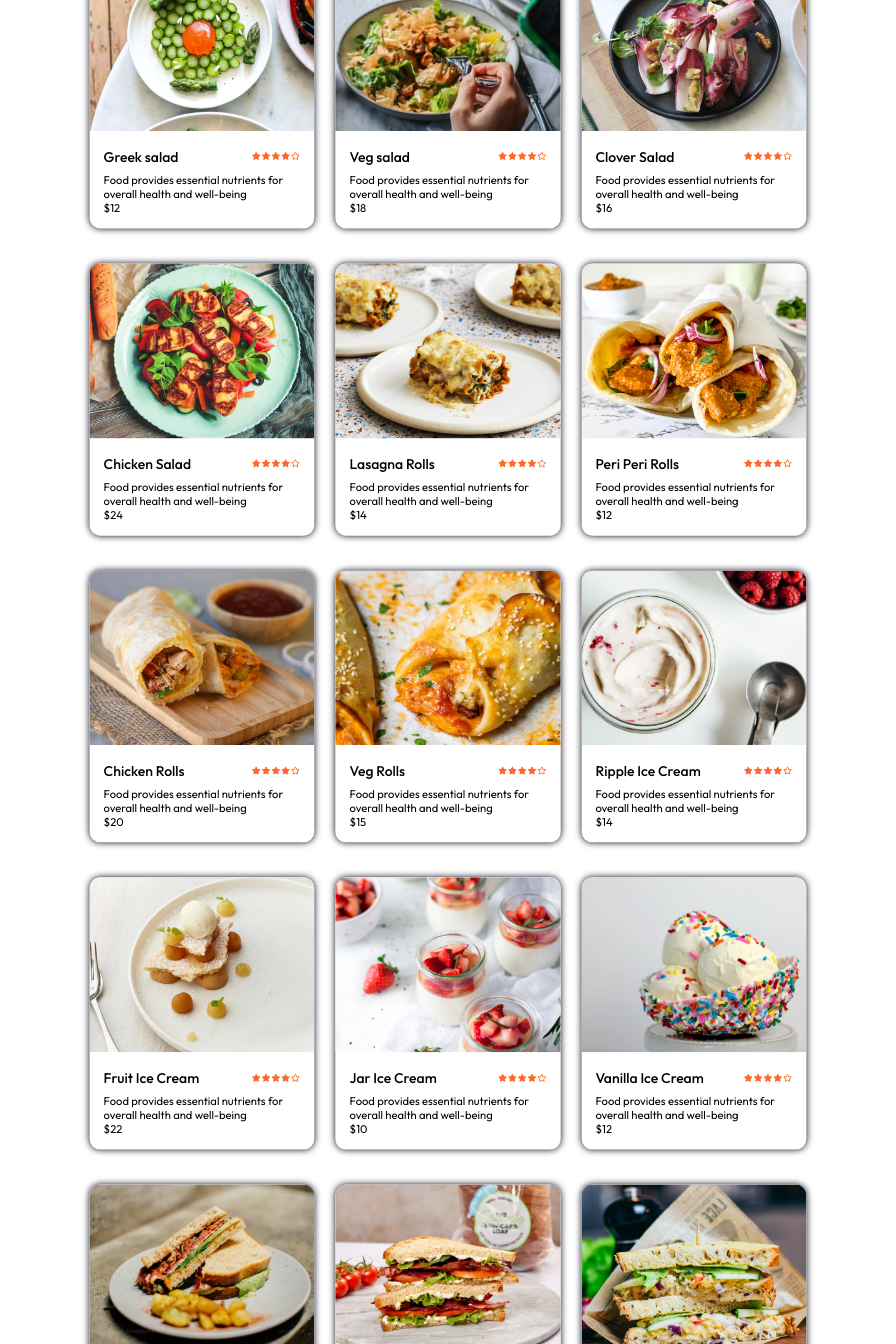
Repository: guilhermecardoso93/tomato-front-end
Page: /
The author's editor kept a copy of each file at every save. The page is drawn from the files as they stood at one save, then again after the next save.
The browser window is 1280 px wide. The pictures show the part of the page from y = 1055 to 2975 px (the page is 5771 px tall before and 5661 px after), at 70% of full size.
The project was rebuilt for these pictures with package versions that can differ from the ones it lists, and the page was loaded fresh each time. Also part of the build but not shown: vite.config.js, src/pages/Cart/styles.css, src/pages/Cart/index.jsx, src/pages/PlaceOrder/styles.css, src/pages/PlaceOrder/index.jsx.

Above is the page before, as saved 2024-10-30 19:37:10.

### index.html
<!doctype html>
<html lang="en">

<head>
    <meta charset="UTF-8" />
    <link rel="icon" type="image/svg+xml" href="" />
    <link rel="preconnect" href="https://fonts.googleapis.com">
    <link rel="preconnect" href="https://fonts.gstatic.com" crossorigin>
    <link href="https://fonts.googleapis.com/css2?family=Inter:ital,opsz,wght@0,14..32,100..900;1,14..32,100..900&family=Outfit:wght@100..900&display=swap" rel="stylesheet">
    <meta name="viewport" content="width=device-width, initial-scale=1.0" />
    <title>Tomato</title>
</head>

<body>
    <div id="root"></div>
    <script type="module" src="/src/main.jsx"></script>
</body>

</html>

### src/main.jsx
import { StrictMode } from "react";
import { createRoot } from "react-dom/client";
import "./index.css";
import { App } from "./App.jsx";
import { BrowserRouter } from "react-router-dom";
import StoreContextProvider from "./context/StoreContext.jsx";

createRoot(document.getElementById("root")).render(
  <BrowserRouter>
    <StoreContextProvider>
      <App />
    </StoreContextProvider>
  </BrowserRouter>
);

### src/index.css
* {
  padding: 0;
  margin: 0;
  box-sizing: border-box;
}

body {
  min-height: 100vh;
  font-family: "Outfit", sans-serif;
}

a {
  text-decoration: none;
  color: inherit;
}

.app {
  width: 80%;
  margin: auto;
}

@keyframes fadeIn {
  0% {
    opacity: 0;
  }

  100% {
    opacity: 1;
  }
}

### src/App.jsx
import { Routes, Route } from "react-router-dom";
import { Navbar } from "./components/Navbar";

import { Home } from "./pages/Home";
import { Cart } from "./pages/Cart";
import { PlaceOrder } from "./pages/PlaceOrder";

export function App() {
  return (
    <div className="app">
      <Navbar />
      <Routes>
        <Route path="/" element={<Home />} />
        <Route path="/cart" element={<Cart />} />
        <Route path="/order" element={<PlaceOrder />} />
      </Routes>
    </div>
  );
}

### src/context/StoreContext.jsx
import { createContext } from "react";
import { food_list } from "../assets/assets";

export const StoreContext = createContext(null);

const StoreContextProvider = (props) => {
  const contextValue = {
    food_list,
  };

  return (
    <StoreContext.Provider value={contextValue}>
      {props.children}
    </StoreContext.Provider>
  );
};

export default StoreContextProvider;

### src/components/Navbar/index.jsx
import { useState } from "react";
import { assets } from "../../assets/assets";
import "./styles.css";

export const Navbar = () => {
  const [menu, setMenu] = useState("Home");

  return (
    <div className="navbar">
      <img src={assets.logo} alt="Logo" className="logo" />
      <ul className="navbar-menu">
        <li
          onClick={() => setMenu("Home")}
          className={menu === "Home" ? "active" : ""}
        >
          Home
        </li>
        <li
          onClick={() => setMenu("Menu")}
          className={menu === "Menu" ? "active" : ""}
        >
          Menu
        </li>
        <li
          onClick={() => setMenu("MobileApp")}
          className={menu === "MobileApp" ? "active" : ""}
        >
          MobileApp
        </li>
        <li
          onClick={() => setMenu("Contact Us")}
          className={menu === "Contact Us" ? "active" : ""}
        >
          Contact Us
        </li>
      </ul>
      <div className="navbar-right">
        <img src={assets.search_icon} alt="" />
        <div className="navbar-search-icon">
          <img src={assets.basket_icon} alt="" />
          <div className="dot"></div>
        </div>
        <button>sign in</button>
      </div>
    </div>
  );
};

### src/pages/Home/index.jsx
import { useState } from "react";
import { ExplorerMenu } from "../../components/ExplorerMenu";
import { Header } from "../../components/Header";
import "./styles.css";
import { FoodDisplay } from "../../components/FoodDisplay/Index";

export const Home = () => {
  const [category, setCategory] = useState("All");

  return (
    <div>
      <Header />
      <ExplorerMenu category={category} setCategory={setCategory} />
      <FoodDisplay category={category} />
    </div>
  );
};

### src/assets/assets.js
import basket_icon from './icons/basket_icon.png'
import logo from './logo.png'
import header_img from './header_img.png'
import search_icon from './icons/search_icon.png'
import menu_1 from './menu/menu_1.png'
import menu_2 from './menu/menu_2.png'
import menu_3 from './menu/menu_3.png'
import menu_4 from './menu/menu_4.png'
import menu_5 from './menu/menu_5.png'
import menu_6 from './menu/menu_6.png'
import menu_7 from './menu/menu_7.png'
import menu_8 from './menu/menu_8.png'

import food_1 from './food/food_1.png'
import food_2 from './food/food_2.png'
import food_3 from './food/food_3.png'
import food_4 from './food/food_4.png'
import food_5 from './food/food_5.png'
import food_6 from './food/food_6.png'
import food_7 from './food/food_7.png'
import food_8 from './food/food_8.png'
import food_9 from './food/food_9.png'
import food_10 from './food/food_10.png'
import food_11 from './food/food_11.png'
import food_12 from './food/food_12.png'
import food_13 from './food/food_13.png'
import food_14 from './food/food_14.png'
import food_15 from './food/food_15.png'
import food_16 from './food/food_16.png'
import food_17 from './food/food_17.png'
import food_18 from './food/food_18.png'
import food_19 from './food/food_19.png'
import food_20 from './food/food_20.png'
import food_21 from './food/food_21.png'
import food_22 from './food/food_22.png'
import food_23 from './food/food_23.png'
import food_24 from './food/food_24.png'
import food_25 from './food/food_25.png'
import food_26 from './food/food_26.png'
import food_27 from './food/food_27.png'
import food_28 from './food/food_28.png'
import food_29 from './food/food_29.png'
import food_30 from './food/food_30.png'
import food_31 from './food/food_31.png'
import food_32 from './food/food_32.png'

import add_icon_white from './icons/add_icon_white.png'
import add_icon_green from './icons/add_icon_green.png'
import remove_icon_red from './icons/remove_icon_red.png'
import app_store from './icons/app_store.png'
import play_store from './icons/play_store.png'
import linkedin_icon from './icons/linkedin_icon.png'
import facebook_icon from './icons/facebook_icon.png'
import twitter_icon from './icons/twitter_icon.png'
import cross_icon from './icons/cross_icon.png'
import selector_icon from './icons/selector_icon.png'
import rating_starts from './icons/rating_starts.png'
import profile_icon from './icons/profile_icon.png'
import bag_icon from './icons/bag_icon.png'
import logout_icon from './icons/logout_icon.png'
import parcel_icon from './icons/parcel_icon.png'

export const assets = {
    logo,
    basket_icon,
    header_img,
    search_icon,
    rating_starts,
    add_icon_green,
    add_icon_white,
    remove_icon_red,
    app_store,
    play_store,
    linkedin_icon,
    facebook_icon,
    twitter_icon,
    cross_icon,
    selector_icon,
    profile_icon,
    logout_icon,
    bag_icon,
    parcel_icon
}

export const menu_list = [
    {
        menu_name: "Salad",
        menu_image: menu_1
    },
    {
        menu_name: "Rolls",
        menu_image: menu_2
    },
    {
        menu_name: "Deserts",
        menu_image: menu_3
    },
    {
        menu_name: "Sandwich",
        menu_image: menu_4
    },
    {
        menu_name: "Cake",
        menu_image: menu_5
    },
    {
        menu_name: "Pure Veg",
        menu_image: menu_6
    },
    {
        menu_name: "Pasta",
        menu_image: menu_7
    },
    {
        menu_name: "Noodles",
        menu_image: menu_8
    }]

export const food_list = [
    {
        _id: "1",
        name: "Greek salad",
        image: food_1,
        price: 12,
        description: "Food provides essential nutrients for overall health and well-being",
        category: "Salad"
    },
    {
        _id: "2",
        name: "Veg salad",
        image: food_2,
        price: 18,
        description: "Food provides essential nutrients for overall health and well-being",
        category: "Salad"
    }, {
        _id: "3",
        name: "Clover Salad",
        image: food_3,
        price: 16,
        description: "Food provides essential nutrients for overall health and well-being",
        category: "Salad"
    }, {
        _id: "4",
        name: "Chicken Salad",
        image: food_4,
        price: 24,
        description: "Food provides essential nutrients for overall health and well-being",
        category: "Salad"
    }, {
        _id: "5",
        name: "Lasagna Rolls",
        image: food_5,
        price: 14,
        description: "Food provides essential nutrients for overall health and well-being",
        category: "Rolls"
    }, {
        _id: "6",
        name: "Peri Peri Rolls",
        image: food_6,
        price: 12,
        description: "Food provides essential nutrients for overall health and well-being",
        category: "Rolls"
    }, {
        _id: "7",
        name: "Chicken Rolls",
        image: food_7,
        price: 20,
        description: "Food provides essential nutrients for overall health and well-being",
        category: "Rolls"
    }, {
        _id: "8",
        name: "Veg Rolls",
        image: food_8,
        price: 15,
        description: "Food provides essential nutrients for overall health and well-being",
        category: "Rolls"
    }, {
        _id: "9",
        name: "Ripple Ice Cream",
        image: food_9,
        price: 14,
        description: "Food provides essential nutrients for overall health and well-being",
        category: "Deserts"
    }, {
        _id: "10",
        name: "Fruit Ice Cream",
        image: food_10,
        price: 22,
        description: "Food provides essential nutrients for overall health and well-being",
        category: "Deserts"
    }, {
        _id: "11",
        name: "Jar Ice Cream",
        image: food_11,
        price: 10,
        description: "Food provides essential nutrients for overall health and well-being",
        category: "Deserts"
    }, {
        _id: "12",
        name: "Vanilla Ice Cream",
        image: food_12,
        price: 12,
        description: "Food provides essential nutrients for overall health and well-being",
        category: "Deserts"
    },
    {
        _id: "13",
        name: "Chicken Sandwich",
        image: food_13,
        price: 12,
        description: "Food provides essential nutrients for overall health and well-being",
        category: "Sandwich"
    },
    {
        _id: "14",
        name: "Vegan Sandwich",
        image: food_14,
        price: 18,
        description: "Food provides essential nutrients for overall health and well-being",
        category: "Sandwich"
    }, {
        _id: "15",
        name: "Grilled Sandwich",
        image: food_15,
        price: 16,
        description: "Food provides essential nutrients for overall health and well-being",
        category: "Sandwich"
    }, {
        _id: "16",
        name: "Bread Sandwich",
        image: food_16,
        price: 24,
        description: "Food provides essential nutrients for overall health and well-being",
        category: "Sandwich"
    }, {
        _id: "17",
        name: "Cup Cake",
        image: food_17,
        price: 14,
        description: "Food provides essential nutrients for overall health and well-being",
        category: "Cake"
    }, {
        _id: "18",
        name: "Vegan Cake",
        image: food_18,
        price: 12,
        description: "Food provides essential nutrients for overall health and well-being",
        category: "Cake"
    }, {
        _id: "19",
        name: "Butterscotch Cake",
        image: food_19,
        price: 20,
        description: "Food provides essential nutrients for overall health and well-being",
        category: "Cake"
    }, {
        _id: "20",
        name: "Sliced Cake",
        image: food_20,
        price: 15,
        description: "Food provides essential nutrients for overall health and well-being",
        category: "Cake"
    }, {
        _id: "21",
        name: "Garlic Mushroom ",
        image: food_21,
        price: 14,
        description: "Food provides essential nutrients for overall health and well-being",
        category: "Pure Veg"
    }, {
        _id: "22",
        name: "Fried Cauliflower",
        image: food_22,
        price: 22,
        description: "Food provides essential nutrients for overall health and well-being",
        category: "Pure Veg"
    }, {
        _id: "23",
        name: "Mix Veg Pulao",
        image: food_23,
        price: 10,
        description: "Food provides essential nutrients for overall health and well-being",
        category: "Pure Veg"
    }, {
        _id: "24",
        name: "Rice Zucchini",
        image: food_24,
        price: 12,
        description: "Food provides essential nutrients for overall health and well-being",
        category: "Pure Veg"
    },
    {
        _id: "25",
        name: "Cheese Pasta",
        image: food_25,
        price: 12,
        description: "Food provides essential nutrients for overall health and well-being",
        category: "Pasta"
    },
    {
        _id: "26",
        name: "Tomato Pasta",
        image: food_26,
        price: 18,
        description: "Food provides essential nutrients for overall health and well-being",
        category: "Pasta"
    }, {
        _id: "27",
        name: "Creamy Pasta",
        image: food_27,
        price: 16,
        description: "Food provides essential nutrients for overall health and well-being",
        category: "Pasta"
    }, {
        _id: "28",
        name: "Chicken Pasta",
        image: food_28,
        price: 24,
        description: "Food provides essential nutrients for overall health and well-being",
        category: "Pasta"
    }, {
        _id: "29",
        name: "Buttter Noodles",
        image: food_29,
        price: 14,
        description: "Food provides essential nutrients for overall health and well-being",
        category: "Noodles"
    }, {
        _id: "30",
        name: "Veg Noodles",
        image: food_30,
        price: 12,
        description: "Food provides essential nutrients for overall health and well-being",
        category: "Noodles"
    }, {
        _id: "31",
        name: "Somen Noodles",
        image: food_31,
        price: 20,
        description: "Food provides essential nutrients for overall health and well-being",
        category: "Noodles"
    }, {
        _id: "32",
        name: "Cooked Noodles",
        image: food_32,
        price: 15,
        description: "Food provides essential nutrients for overall health and well-being",
        category: "Noodles"
    }
]

### src/components/Navbar/styles.css
.navbar {
  padding: 20px 0;
  display: flex;
  justify-content: space-between;
  align-items: center;
}

.navbar .logo {
  width: 150px;
}

.navbar-menu {
  display: flex;
  list-style: none;
  gap: 10px;
  color: #49557c;
  font-size: 18px;
}

.navbar li {
  cursor: pointer
}

.navbar-right {
  display: flex;
  align-items: center;
  gap: 40px;
}

.navbar button {
  background: transparent;
  font-size: 16px;
  color: #49557c;
  border: 1px solid tomato;
  padding: 10px 30px;
  border-radius: 50px;
  cursor: pointer;
  transition: 0.3s;
}

.navbar button:hover {
  background: #fff4f2;
}

.navbar .active {
  padding-bottom: 2px;
  border-bottom: 2px solid #49557c;
}

.navbar-search-icon {
  position: relative;
}

.navbar-search-icon .dot {
  position: absolute;
  min-height: 10px;
  min-width: 10px;
  background-color: tomato;
  border-radius:  5px;
  top: -8px;
  right: -8px;
}

### src/components/ExplorerMenu/index.jsx
import { menu_list } from "../../assets/assets";

import "./styles.css";

export const ExplorerMenu = ({ category, setCategory }) => {
  return (
    <div className="explorer-menu" id="explore-menu">
      <h1>Explore our menu</h1>
      <p className="explore-menu-text">
        Choose from a diverse menu featuring a delectable arrays os dishes
        crafted with the finest ingredients and culinary expertise. Our mission
        is to satisfy your cravings and elevate your dining experience, one
        delicious meal at a time.
      </p>
      <div className="explore-menu-list">
        {menu_list.map((item, index) => {
          return (
            <div
              className="explore-menu-list-item"
              key={index}
              onClick={() =>
                setCategory((prev) =>
                  prev === item.menu_name ? "All" : item.menu_name
                )
              }
            >
              <img
                src={item.menu_image}
                alt=""
                className={category === item.menu_name ? "active" : ""}
              />
              <p className={category === item.menu_name ? "active-text" : ""}>
                {item.menu_name}
              </p>
            </div>
          );
        })}
      </div>
      <hr />
    </div>
  );
};

### src/components/Header/index.jsx
import "./styles.css";

export const Header = () => {
  return (
    <div className="header">
      <div className="header-container">
        <h2>Oder your favorite food here</h2>
        <p>
          Choose from a diverse menu featuring a delectable arrays os dishes
          crafted with the finest ingredients and culinary expertise. Our
          mission is to satisfy your cravings and elevate your dining
          experience, one delicious meal at a time.
        </p>
        <button> View Menu</button>
      </div>
    </div>
  );
};

### src/components/FoodDisplay/Index.jsx
import { useContext } from "react";
import { StoreContext } from "../../context/StoreContext";
import { FoodItem } from "../FoodItem";

import "./styles.css";

export const FoodDisplay = ({ category }) => {
  const { food_list } = useContext(StoreContext);

  return (
    <div className="food-display" id="food-display">
      <h2>Top Dishes near you</h2>
      <div className="food-display-list">
        {food_list.map((item, index) => {
          return (
            <FoodItem
              key={index}
              id={item.id}
              name={item.name}
              description={item.description}
              price={item.price}
              image={item.image}
            />
          );
        })}
      </div>
    </div>
  );
};

### src/components/ExplorerMenu/styles.css
.explorer-menu {
  display: flex;
  flex-direction: column;
  gap: 1rem;
}

.explorer-menu h1 {
  color: #262626;
  font-size: 500;
}

.explore-menu-text {
  max-width: 60%;
  color: #808080;
}

.explore-menu-list {
  display: flex;
  justify-content: space-between;
  align-items: center;
  gap: 30px;
  text-align: center;
  margin: 20px 0px;
  overflow-x: scroll;
}

.explore-menu-list::-webkit-scrollbar {
  display: none;
}

.explore-menu-list img {
  width: 7.5vw;
  min-width: 80px;
  cursor: pointer;
  border-radius: 50%;
  transition: 0.2s;
}

.explore-menu-list p {
  margin-top: 10px;
  color: #747474;
  font-size: max(1.4vw, 16px);
  cursor: pointer;
}

.explore-menu hr {
  margin: 10px 0px;
  height: 2px;
  background: #e2e2e2;
  border: none;
}

.explore-menu-list .active {
  border: 4px solid tomato;
  padding: 2px;
}

.explore-menu-list .active-text {
  color: tomato;
}

### src/components/Header/styles.css
.header {
  height: 34vw;
  margin: 30px auto;
  background: url('../../assets/header_img.png') no-repeat;
  background-size: contain;
  position: relative;
}



.header-container {
  position: absolute;
  display: flex;
  flex-direction: column;
  align-items: start;
  padding: 20px;
  gap: 1.5vw;
  max-width: 52%;
  bottom: 10%;
  animation: fadeIn 3s;
}


.header-container h2 {
  font-weight: 500;
  color: #f2f2f2f2;
  font-size: max(4.5vw, 22px);
}


.header-container p {
  color: #f2f2f2f2;
  font-size: 1vw;
}


.header-container button {
  border: none;
  color: #747474;
  font-weight: 700;
  padding: 1vw 2.3vw;
  background: white;
  font-size: max(1vw, 13px);
  border-radius: 50px;
}

### src/components/FoodItem/index.jsx
import { assets } from "../../assets/assets";
import "./styles.css";

export const FoodItem = ({ id, name, price, description, image }) => {
  return (
    <div className="food-item" id={id}>
      <div className="food-item-image-container">
        <img src={image} alt="" className="food-item-image" />
      </div>
      <div className="food-item-info">
        <div className="food-item-name-rating">
          <p>{name}</p>
          <img src={assets.rating_starts} alt="" />
        </div>
        <p className="food-item-description">{description}</p>
        <p className="food-item-price">${price}</p>
      </div>
    </div>
  );
};

### src/components/FoodDisplay/styles.css
.food-display {
  margin-top: 30px;
}

.food-display h2 {
  font-size: max(2vw, 24px);
  font-weight: 600;
}


.food-display-list {
  display: grid;
  grid-template-columns: repeat(auto-fill, minmax(240px, 1fr));
  margin-top: 30px;
  gap: 30px;
  row-gap: 50px;
}

### src/components/FoodItem/styles.css
.food-item {
  width: 100%;
  margin: auto;
  border-radius: 15px;
  box-shadow: 0px 0px 10px #000015;
  transition: 0.3s;
  animation: fadeIn 1s;
}

.food-item-image {
  width: 100%;
  border-radius: 15px 15px 0px 0px;
}

.food-item-info {
  padding: 20px;
}

.food-item-name-rating {
  display: flex;
  justify-content: space-between;
  align-items: center;
  margin-bottom: 10px;
}

.food-item-name-rating p {
  font-size: 20px;
  font-weight: 500;
}

.food-item-name-rating img {
  width: 70px;
}

.food-item-info {}

Loaded but not shown: src/pages/Home/styles.css (no stored copy; drawn as an empty file)

After the next save:
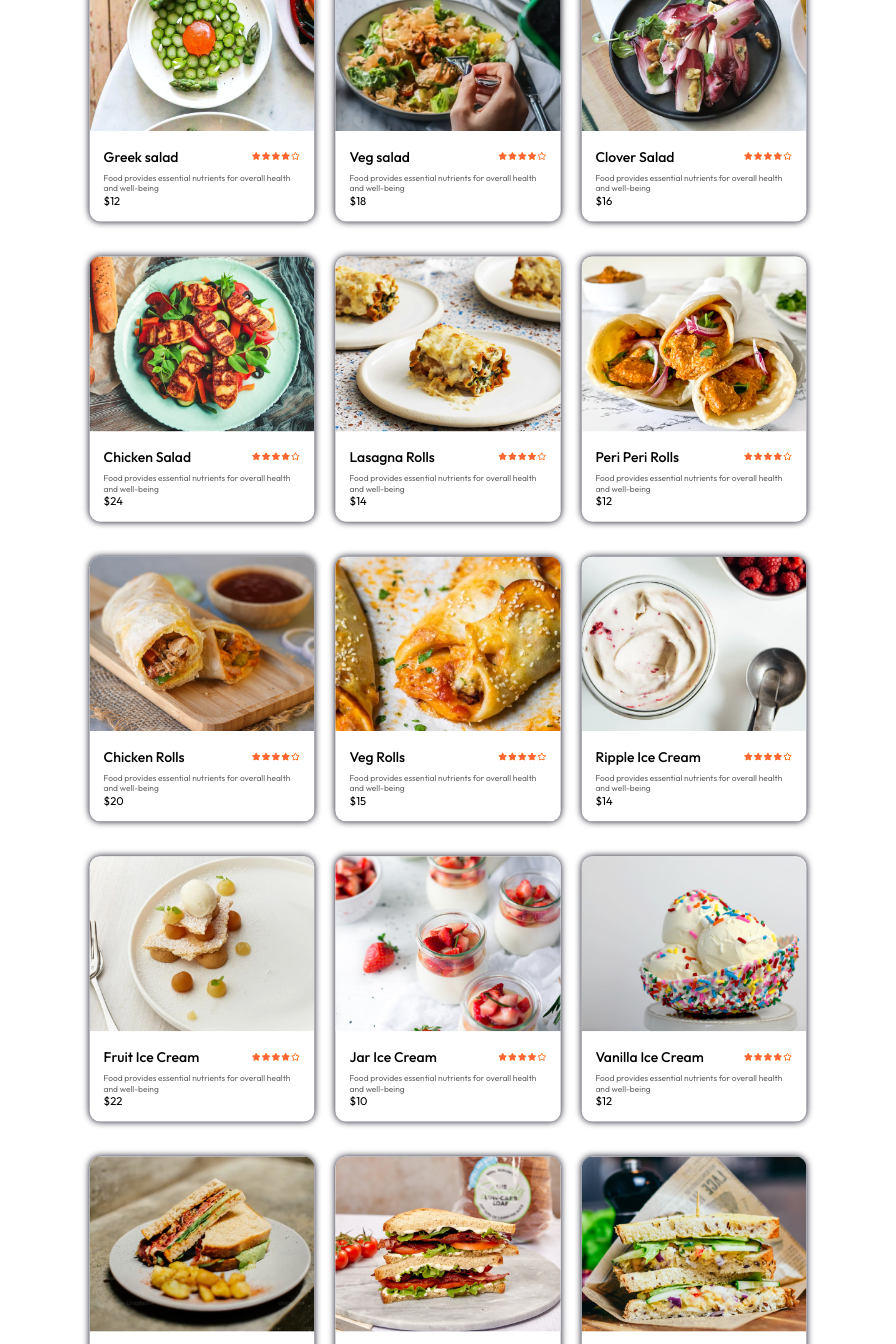
Saved 26 s later.
--- a/src/components/FoodItem/styles.css
+++ b/src/components/FoodItem/styles.css
@@ -32,4 +32,7 @@
   width: 70px;
 }
 
-.food-item-info {}
+.food-item-description {
+  color: #676767;
+  font-size: 12px;
+}
